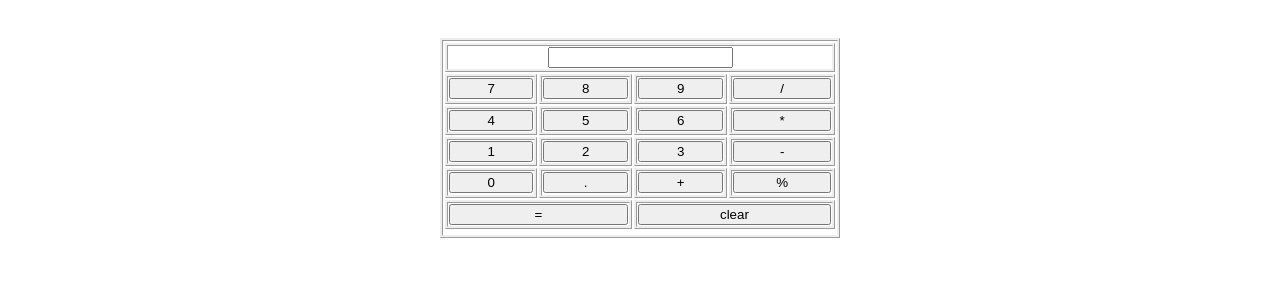
Repository: Jooheehan-kopo/web-workspace
Page: Lecture-web/WebContent/html/calc.html
These files come from the project's save history. The page is drawn as it stood at one moment and after the next save; the edit follows.
The browser window is 1280 px wide. The pictures show the whole page.

Above is the page before, as saved 2021-06-11 08:22:30.

After the next save:
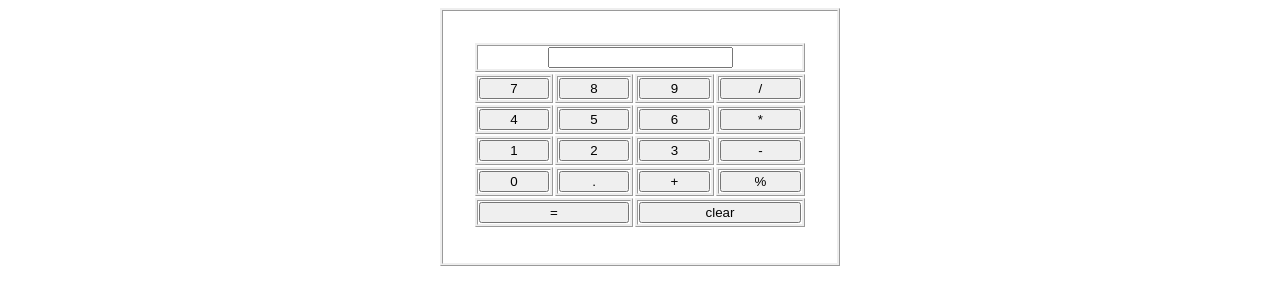
Saved 14 s later.
--- a/Lecture-web/WebContent/html/calc.html
+++ b/Lecture-web/WebContent/html/calc.html
@@ -6,12 +6,11 @@
 
 <style>
 
-body{
-	padding:30px;
-}
+
 table{
  width:400px;
  height:200px;
+ padding:30px;
 }
 table, th, td {
 	border: 3px;
